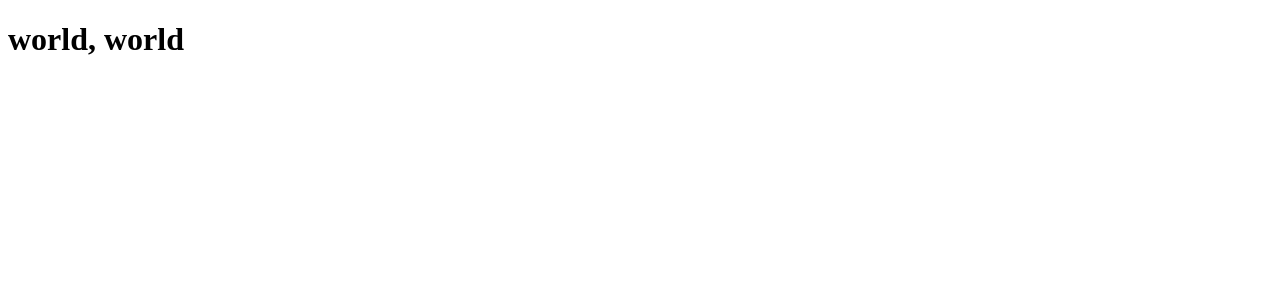
Repository: bbiot317/JSP
Page: http://localhost/Study01/
The author's editor kept a copy of each file at every save. The page is drawn from the files as they stood at one save, then again after the next save.
The browser window is 1280 px wide. The pictures show the whole page.
The page is served by Tomcat 9.

Above is the page before, as saved 2022-05-30 01:37:26.

After the next save:
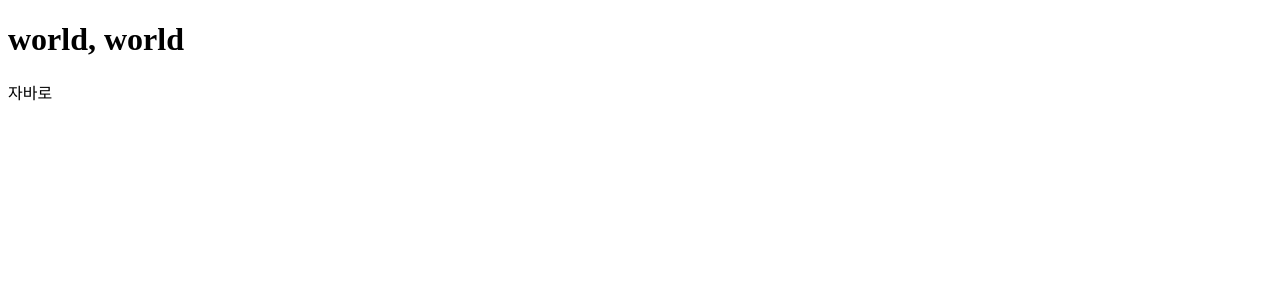
Saved 7 min 36 s later.
--- a/Study01/src/main/webapp/index.jsp
+++ b/Study01/src/main/webapp/index.jsp
@@ -8,5 +8,6 @@
 	</head>
 	<body>
 		<h1>world, world</h1>
+		<% out.println("자바로");%>
 	</body>
 </html>
